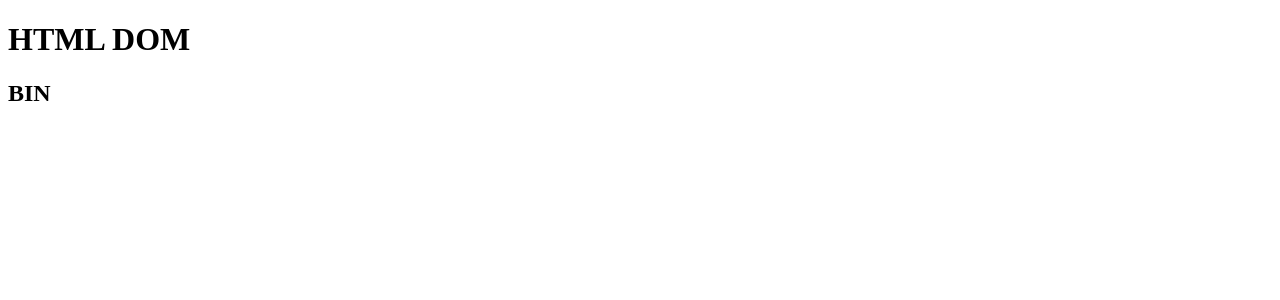
Repository: lt-chinh098406/MusicPlayer
Page: index.html
These files come from the project's save history. The page is drawn as it stood at one moment and after a run of saves; the edit follows.
The browser window is 1280 px wide. The pictures show the whole page.

Above is the page before, as saved 2021-11-06 15:56:57.

### index.html
<!DOCTYPE html>
<html lang="en">
<head>
  <meta charset="UTF-8">
  <meta http-equiv="X-UA-Compatible" content="IE=edge">
  <meta name="viewport" content="width=device-width, initial-scale=1.0">
  <title>HTML DOM</title>
</head>
<body>
  <h1 class="heading">HTML DOM</h1>
  <div class="box">
    <h2 class="heading-2">BIN</h2>
  </div>
</body>
<script src="main.js"></script>
</html>

### main.js
var headingNode = document.querySelector('.box .heading-2')

console.log(headingNode)

After the next 2 saves:
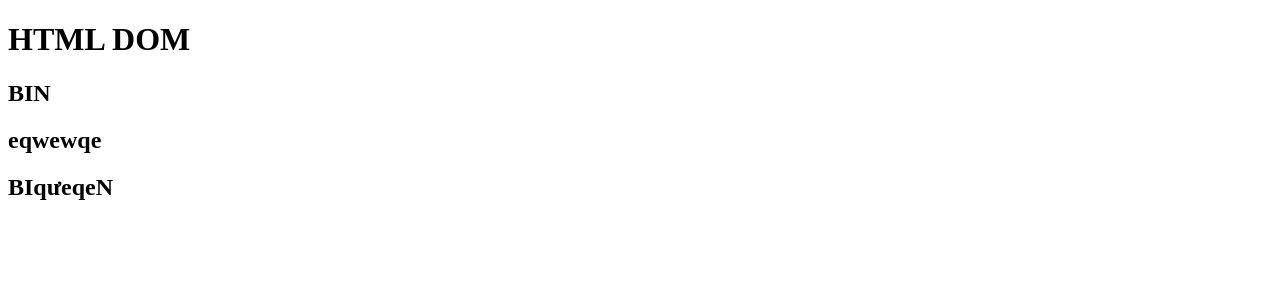
The 2 saves are shown as one change because they came seconds apart.
The last was saved 68 s later.
--- a/index.html
+++ b/index.html
@@ -10,6 +10,8 @@
   <h1 class="heading">HTML DOM</h1>
   <div class="box">
     <h2 class="heading-2">BIN</h2>
+    <h2 class="heading-2">eqwewqe</h2>
+    <h2 class="heading-2">BIqưeqeN</h2>
   </div>
 </body>
 <script src="main.js"></script>
